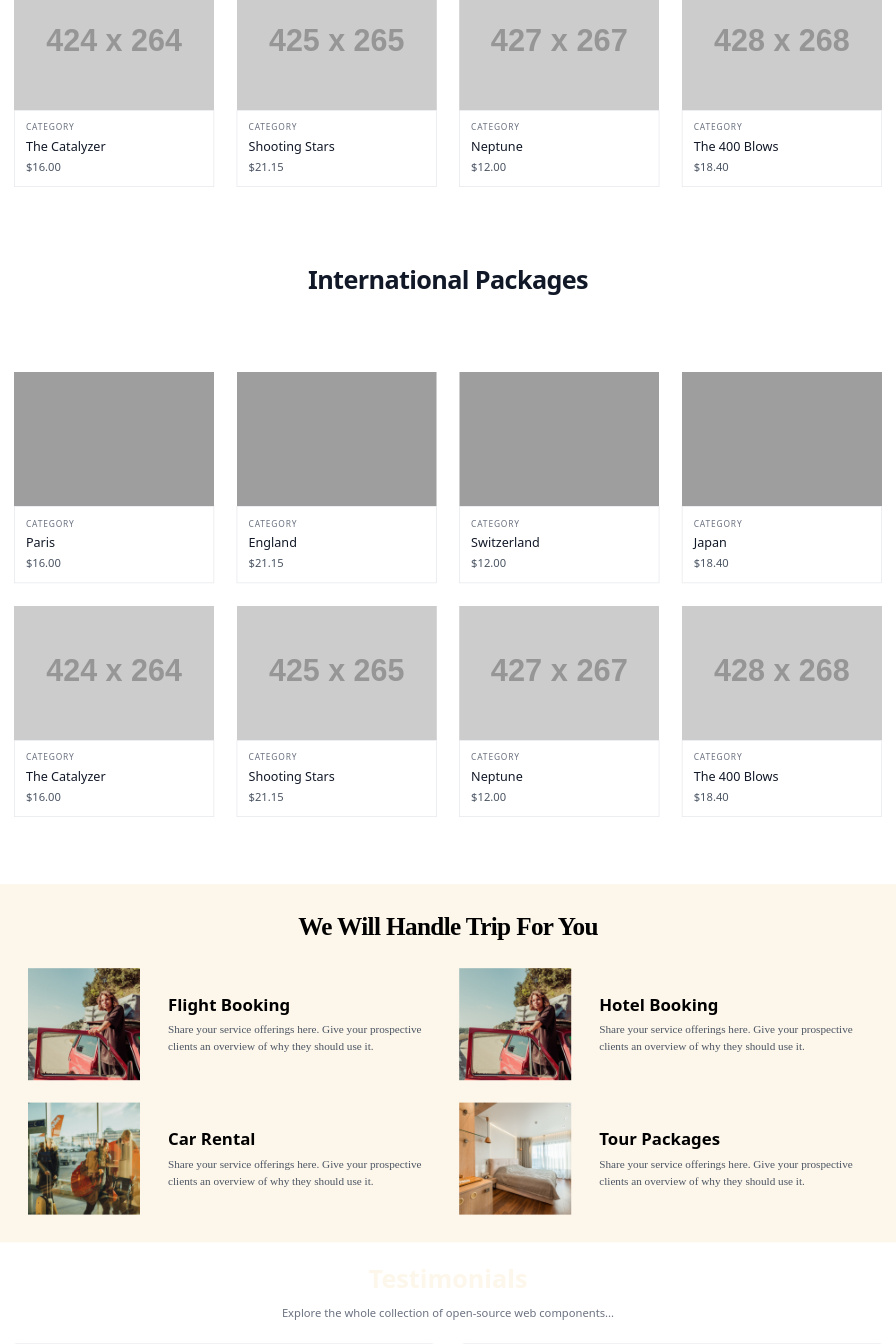
Repository: prabeshsitaula07/greatnepalholidays
Page: / (app in frontend/)
These files come from the project's save history. The page is drawn as it stood at one moment and after the next save; the edit follows.
The browser window is 1280 px wide. The pictures show the part of the page from y = 1393 to 3313 px (the page is 6713 px tall), at 70% of full size.
Pictures or frames that could not be fetched are drawn as grey boxes. Some web fonts or font styles are not loaded; a fallback is used. The project was rebuilt for these pictures with package versions that can differ from the ones it lists, and the page was loaded fresh each time. Also part of the build but not shown: frontend/vite.config.ts. Imported but missing from the stored project, and not drawn on this page: frontend/src/assets/bgvideo.mp4.

Above is the page before, as saved 2024-11-23 10:34:11.

After the next save:
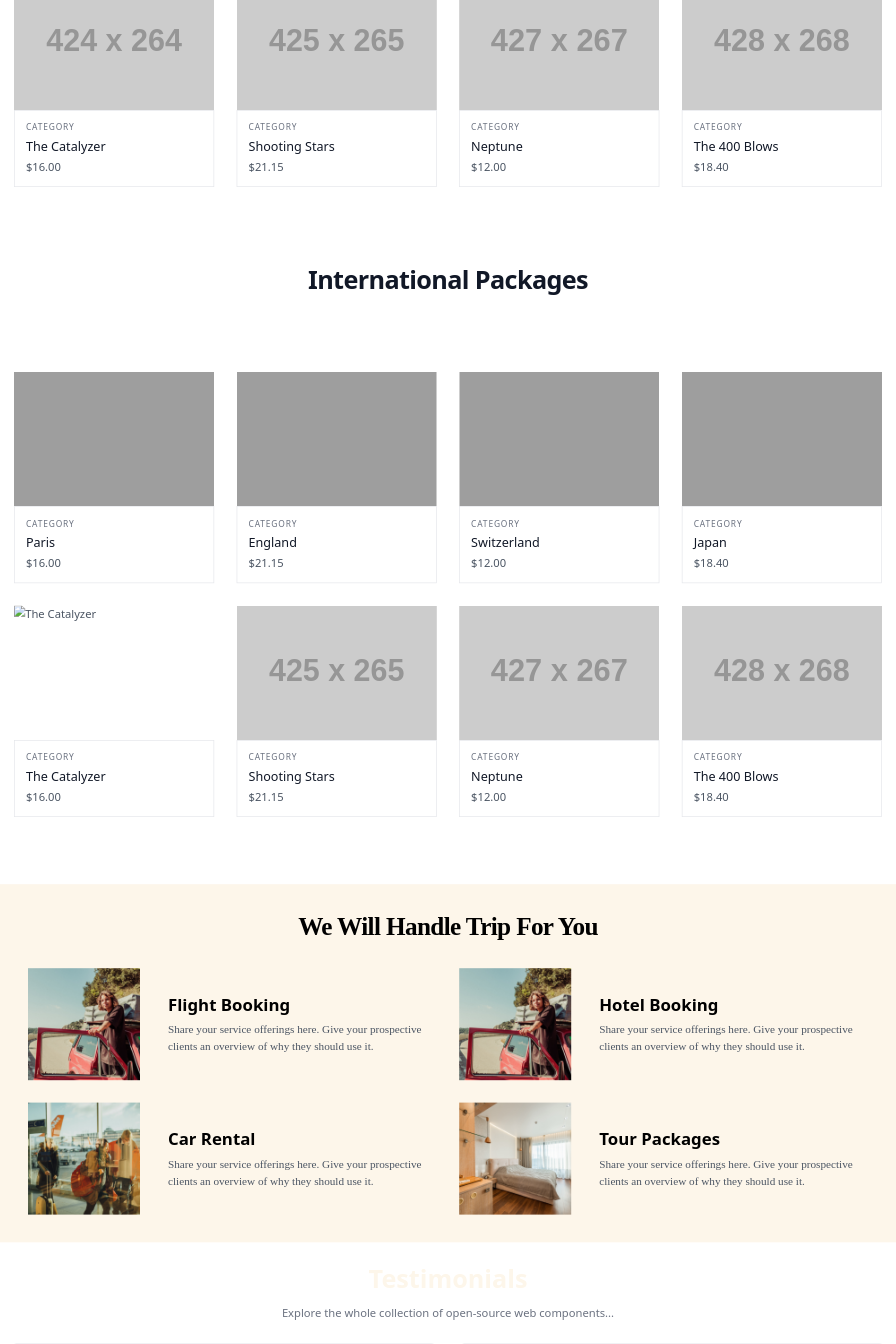
Saved 28 s later.
--- a/frontend/src/components/Package/InternationalPackage.tsx
+++ b/frontend/src/components/Package/InternationalPackage.tsx
@@ -4,7 +4,7 @@ export default function InternationalPackage() {
     { imgSrc: "https://cdn.pixabay.com/photo/2019/04/09/05/36/england-4113666_1280.jpg", category: "CATEGORY", title: "England", price: "$21.15" },
     { imgSrc: "https://cdn.pixabay.com/photo/2023/11/16/05/02/mountains-8391433_640.jpg", category: "CATEGORY", title: "Switzerland", price: "$12.00" },
     { imgSrc: "https://cdn.pixabay.com/photo/2020/08/10/01/28/castle-5476737_640.jpg", category: "CATEGORY", title: "Japan", price: "$18.40" },
-    { imgSrc: "https://dummyimage.com/424x264", category: "CATEGORY", title: "The Catalyzer", price: "$16.00" },
+    { imgSrc: "", category: "CATEGORY", title: "The Catalyzer", price: "$16.00" },
     { imgSrc: "https://dummyimage.com/425x265", category: "CATEGORY", title: "Shooting Stars", price: "$21.15" },
     { imgSrc: "https://dummyimage.com/427x267", category: "CATEGORY", title: "Neptune", price: "$12.00" },
     { imgSrc: "https://dummyimage.com/428x268", category: "CATEGORY", title: "The 400 Blows", price: "$18.40" },
